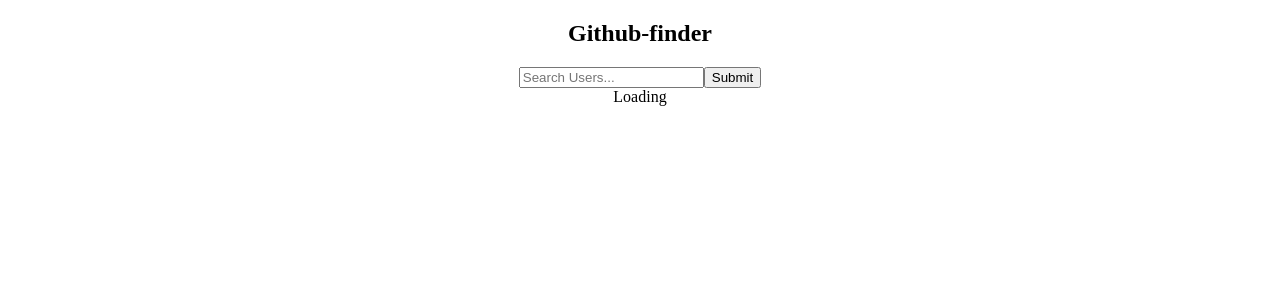
Repository: Tambarie/github-finder
Page: /
These files come from the project's save history. The page is drawn as it stood at one moment and after a run of saves; the edit follows.
The browser window is 1280 px wide. The pictures show the whole page.
The page's requests for data from a server got no answer. The project was rebuilt for these pictures with package versions that can differ from the ones it lists, and the page was loaded fresh each time. No one was signed in, and anything a server would have sent is missing. Also part of the build but not shown: src/components/users/UserItem.js.

Above is the page before, as saved 2021-11-10 00:47:55.

After the next 2 saves:
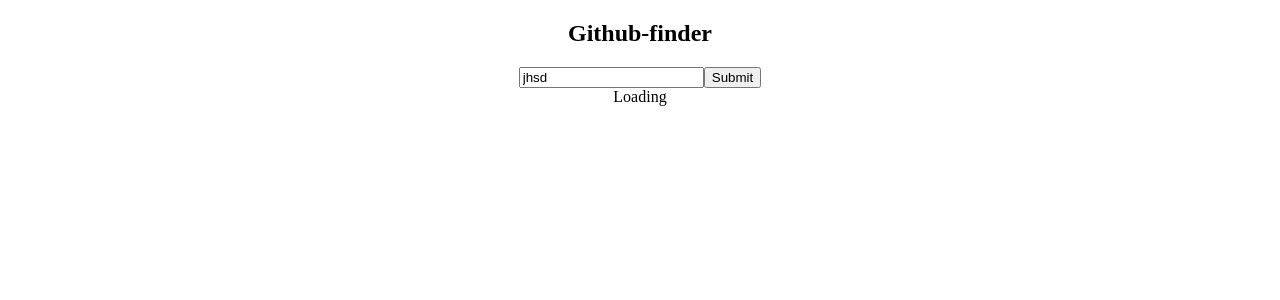
The 2 saves are shown as one change because they came seconds apart.
The last was saved 5 s later.
--- a/src/components/users/Search.js
+++ b/src/components/users/Search.js
@@ -15,6 +15,7 @@
         <input
           type='text'
           name='text'
+          value={text}
           placeholder='Search Users...'
           onChange={(e) => setText(e.target.value)}
         />

After the save that followed:
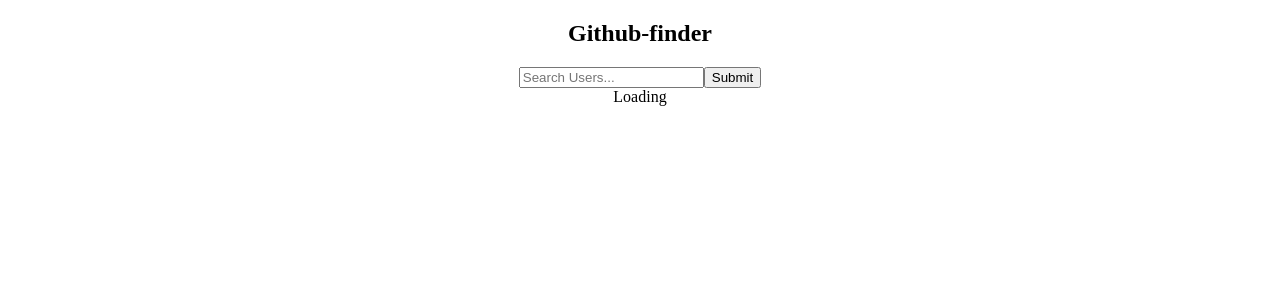
Saved 51 s later.
--- a/src/components/users/Search.js
+++ b/src/components/users/Search.js
@@ -1,7 +1,7 @@
 import React, { useState } from 'react'
 
 const Search = () => {
-  const [text, setText] = useState('jhsd')
+  const [text, setText] = useState('')
 
   const handleSubmit = (e) => {
     e.preventDefault()
